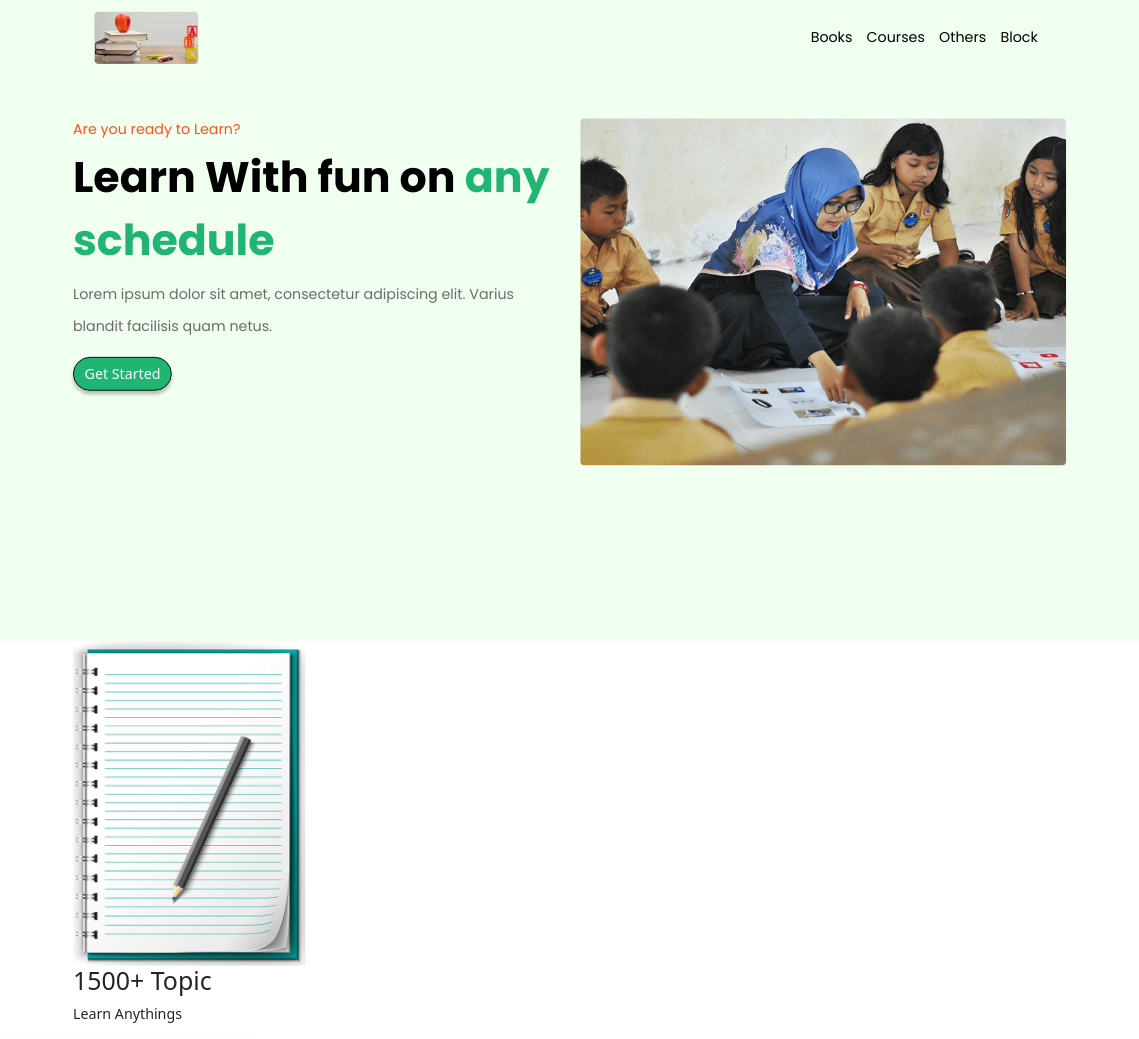
Repository: zjria/Figma-to-E-school
Page: index.html
The author's editor kept a copy of each file at every save. The page is drawn from the files as they stood at one save, then again after the next save.
The browser window is 1280 px wide. The pictures show the whole page, at 89% of full size.
Some web libraries are served in a nearby version.

Above is the page before, as saved 2022-05-06 19:34:05.

### index.html
<!doctype html>
<html lang="en">
  <head>
    <!-- Required meta tags -->
    <meta charset="utf-8">
    <meta name="viewport" content="width=device-width, initial-scale=1">
    <title>E-School</title>

    <!-- Google Font family -->
    <link rel="preconnect" href="https://fonts.googleapis.com">
    <link rel="preconnect" href="https://fonts.gstatic.com" crossorigin>
    <link href="https://fonts.googleapis.com/css2?family=Poppins:wght@100;300;400;500;600;700;800;900&display=swap" rel="stylesheet">
    <!-- Bootstrap CSS -->
    <link href="https://cdn.jsdelivr.net/npm/bootstrap@5.0.2/dist/css/bootstrap.min.css" rel="stylesheet">
    <!-- Font awesome -->
    <link rel="stylesheet" href="https://cdnjs.cloudflare.com/ajax/libs/font-awesome/6.1.1/css/all.min.css">
    <!-- custom css -->
    <link rel="stylesheet" href="style.css">
  </head>
  <body>
    <section class="hero-section">
        <div class="container">
            <div class="row">
                <nav class="navbar navbar-expand-md navbar-light">
                    <div class="container-fluid">
                      <a class="navbar-brand" href="#"><img class="img-fluid rounded-3" src="images/logo.png" alt=""></a>
                      <button class="navbar-toggler" type="button" data-bs-toggle="collapse" data-bs-target="#navbarSupportedContent" aria-controls="navbarSupportedContent" aria-expanded="false" aria-label="Toggle navigation">
                        <span class="navbar-toggler-icon"></span>
                      </button>
                      <div class="collapse navbar-collapse" id="navbarSupportedContent">
                        <ul class="navbar-nav me-auto mb-2 mb-lg-0">
                          <li class="nav-item">
                            <a class="nav-link" href="#">Books</a>
                          </li>
                          <li class="nav-item">
                            <a class="nav-link" href="#">Courses</a>
                          </li>
                          <li class="nav-item">
                            <a class="nav-link" href="#">Others</a>
                          </li>
                          <li class="nav-item">
                            <a class="nav-link" href="#">Block</a>
                          </li>
                        </ul>

                      </div>
                    </div>
                  </nav>
            </div>
            <!-- Header Content Section -->
            <div class="row pt-5">
              <div class="col-md-6 hero-content">
                <h5>Are you ready to Learn?</h5>
                <h1>Learn With fun on <span>any schedule</span></h1>
                <p>Lorem ipsum dolor sit amet, consectetur adipiscing elit. Varius blandit facilisis quam netus.</p>
                <a href="" class="btn btn-custom">Get Started</a>
              </div>
              <div class="col-md-6">
                <img src="images/hero-img.png" class="img-fluid rounded-3" alt="">
              </div>
            </div>
        </div>
    </section>

     <!-- Feature -->
     <section class="feature">
      <div class="container">
        <div class="row">
          <div class="col-md-3">
            <div class="feature-content">
              <img src="images/price-1.png" class="img-fluid" alt="">
              <h3>1500+ Topic</h3>
              <p>Learn Anythings</p>
            </div>
          </div>
          <div class="col-md-3"></div>
          <div class="col-md-3"></div>
        </div>
      </div>
     </section>








    <!-- Option 1: Bootstrap Bundle with Popper -->
    <script src="https://cdn.jsdelivr.net/npm/bootstrap@5.0.2/dist/js/bootstrap.bundle.min.js"></script>
  </body>
</html>

### style.css
/* font-family: 'Poppins', sans-serif; */
.hero-section{
    background: #F0FFF0;
    min-height: 100vh;
}
.navbar-light .navbar-nav .nav-link {
    color: rgb(0, 0, 0);
    font-family: 'Poppins', sans-serif;
    font-style: normal;
    font-weight: 400;
    font-size: 16px;
    line-height: 24px;
}
.navbar-light .navbar-nav .nav-link:hover {
    color: #C2B49D;
}
.navbar-brand img{
    width: 15%;
}
.hero-content h5 {
    font-family: 'Poppins';
    font-style: normal;
    font-weight: 400;
    font-size: 16px;
    line-height: 24px;
    color: #FD511A;
}
.hero-content h1 {
    font-family: 'Poppins';
    font-style: normal;
    font-weight: 700;
    font-size: 48px;
    line-height: 70px;
    color: #000000;
}
.hero-content h1 span{
    color: #21B573
}
.hero-content p {
    font-family: 'Poppins';
    font-style: normal;
    font-weight: 400;
    font-size: 16px;
    line-height: 36px;
    color: #6C6B6B;
}
.btn-custom{
    background: #21B573;
    border: 1px solid #000000;
    box-shadow: 0px 4px 4px rgba(0, 0, 0, 0.25);
    border-radius: 33px;
    color: #fff;
}

After the next save:
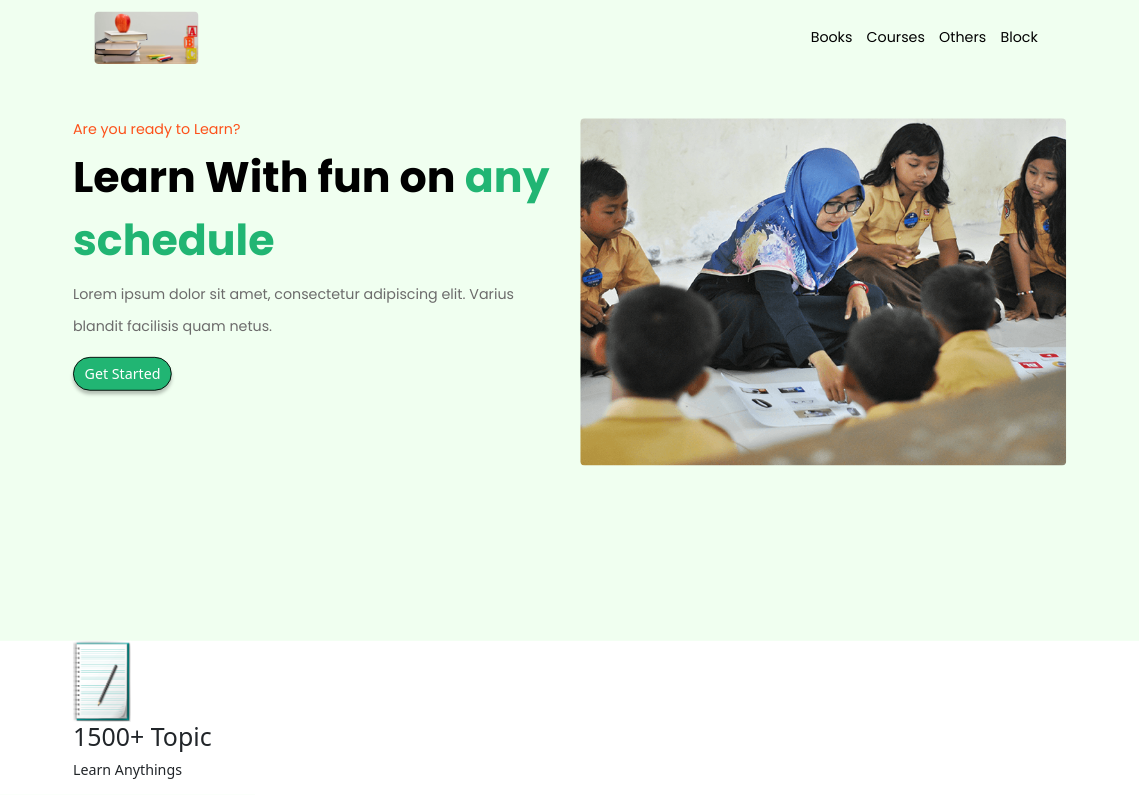
Saved 20 s later.
--- a/index.html
+++ b/index.html
@@ -68,7 +68,7 @@
         <div class="row">
           <div class="col-md-3">
             <div class="feature-content">
-              <img src="images/price-1.png" class="img-fluid" alt="">
+              <img src="images/price-1.png" class="img-fluid w-25" alt="">
               <h3>1500+ Topic</h3>
               <p>Learn Anythings</p>
             </div>

After the 3 saves that followed:
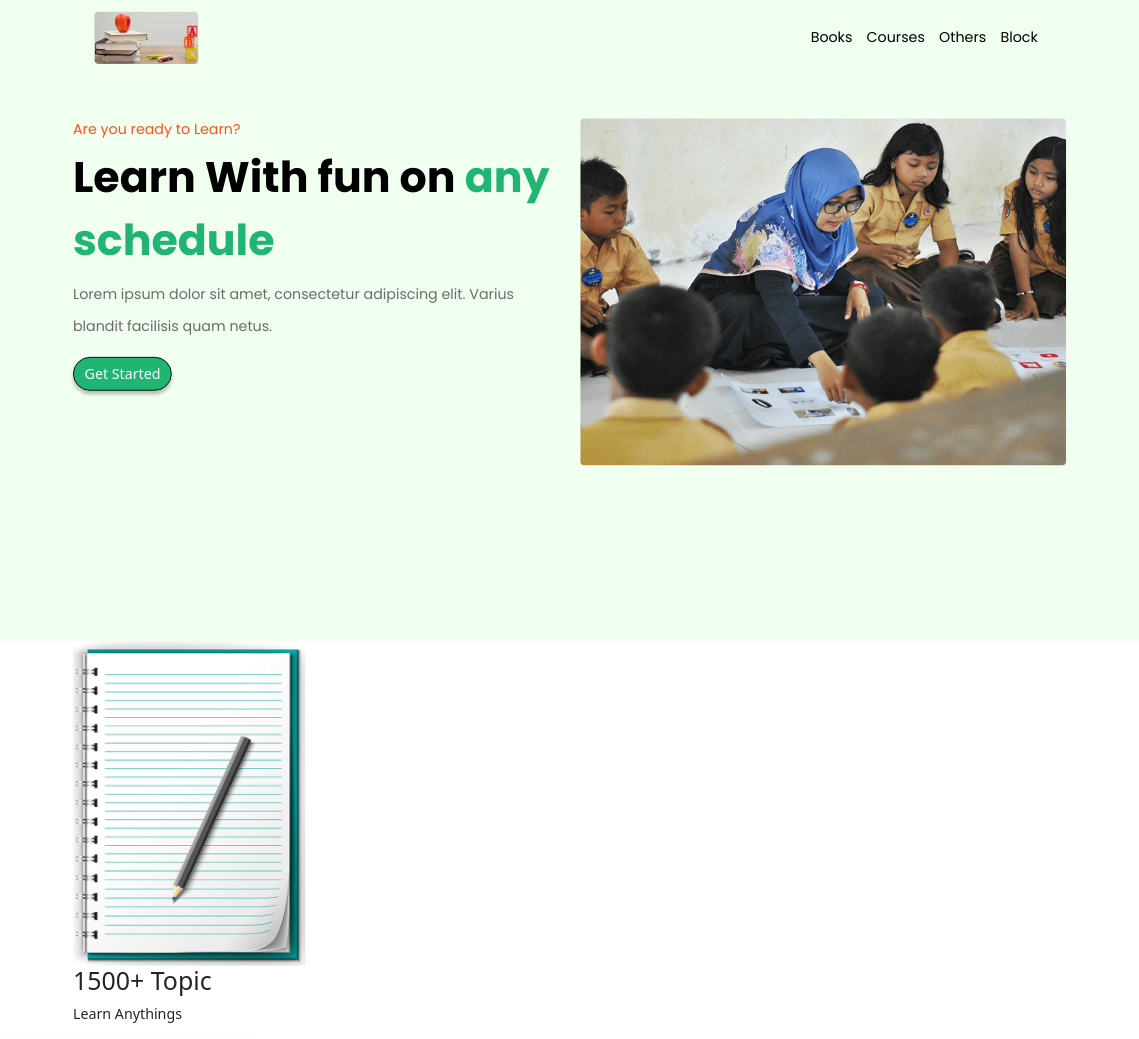
The 3 saves are shown as one change because 2 left the picture as it was.
The last was saved 9 min 14 s later.
--- a/index.html
+++ b/index.html
@@ -68,7 +68,7 @@
         <div class="row">
           <div class="col-md-3">
             <div class="feature-content">
-              <img src="images/price-1.png" class="img-fluid w-25" alt="">
+              <img src="images/price-1.png" class="img-fluid" alt="">
               <h3>1500+ Topic</h3>
               <p>Learn Anythings</p>
             </div>
--- a/style.css
+++ b/style.css
@@ -51,3 +51,12 @@
     border-radius: 33px;
     color: #fff;
 }
+.feature-content img{
+
+}
+.feature-content h3{
+
+}
+.feature-content p{
+
+}
